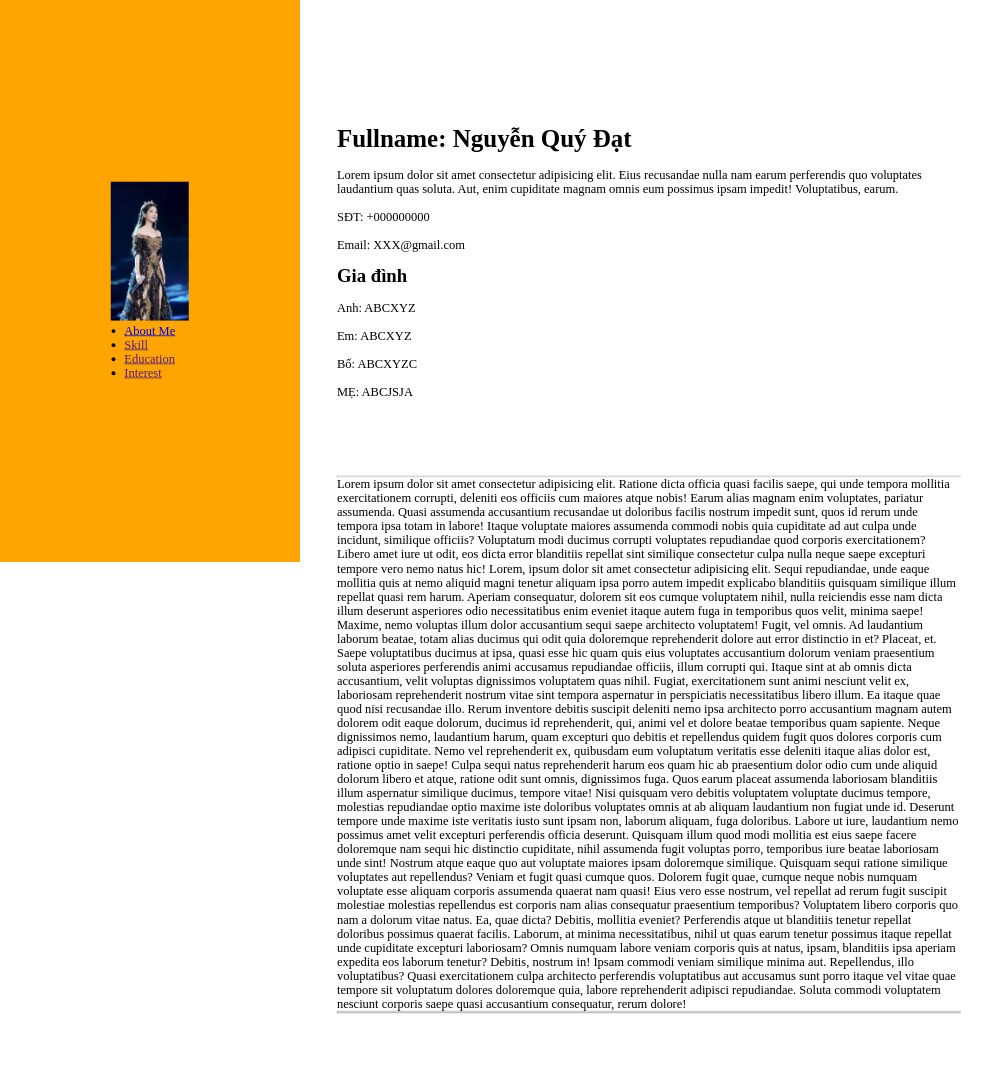
Repository: KinD2704/Web-University
Page: test/index.html
An editor plug-in stored every save of this project. The page is shown before and after the next save, followed by the edit.
The browser window is 1280 px wide. The pictures show the whole page, at 78% of full size.

Above is the page before, as saved 2023-12-01 22:47:15.

### test/index.html
<!DOCTYPE html>
<html lang="en">
    <head>
        <meta charset="UTF-8" />
        <meta name="viewport" content="width=device-width, initial-scale=1.0" />
        <title>Document</title>
        <link rel="stylesheet" href="style.css" />
    </head>
    <body>
        <div class="main">
            <div class="menu">
                <div class="logo">
                    <img
                        src="IU.jpg"
                        width="100"
                        alt="Đây là hình ảnh của tôi"
                    />
                </div>
                <div class="list">
                    <ul>
                        <li>
                            <a href="#ME">About Me</a>
                        </li>
                        <li>
                            <a href="">Skill</a>
                        </li>
                        <li>
                            <a href="">Education</a>
                        </li>
                        <li>
                            <a href="">Interest</a>
                        </li>
                    </ul>
                </div>
            </div>
            <div class="para">
                <div class="aboutme" id="ME">
                    <h1>Fullname: Nguyễn Quý Đạt</h1>
                    <br />
                    <p>
                        Lorem ipsum dolor sit amet consectetur adipisicing elit.
                        Eius recusandae nulla nam earum perferendis quo
                        voluptates laudantium quas soluta. Aut, enim cupiditate
                        magnam omnis eum possimus ipsam impedit! Voluptatibus,
                        earum.
                    </p>
                    <br />
                    <p>SĐT: +000000000</p>
                    <br />
                    <p>Email: XXX@gmail.com</p>
                    <br />
                    <h2>Gia đình</h2>
                    <br />
                    <p>Anh: ABCXYZ</p>
                    <br />
                    <p>Em: ABCXYZ</p>
                    <br />
                    <p>Bố: ABCXYZC</p>
                    <br />
                    <p>MẸ: ABCJSJA</p>
                    <br />
                </div>
                <hr />
                <div class="Skill">
                    Lorem ipsum dolor sit amet consectetur adipisicing elit.
                    Ratione dicta officia quasi facilis saepe, qui unde tempora
                    mollitia exercitationem corrupti, deleniti eos officiis cum
                    maiores atque nobis! Earum alias magnam enim voluptates,
                    pariatur assumenda. Quasi assumenda accusantium recusandae
                    ut doloribus facilis nostrum impedit sunt, quos id rerum
                    unde tempora ipsa totam in labore! Itaque voluptate maiores
                    assumenda commodi nobis quia cupiditate ad aut culpa unde
                    incidunt, similique officiis? Voluptatum modi ducimus
                    corrupti voluptates repudiandae quod corporis
                    exercitationem? Libero amet iure ut odit, eos dicta error
                    blanditiis repellat sint similique consectetur culpa nulla
                    neque saepe excepturi tempore vero nemo natus hic! Lorem,
                    ipsum dolor sit amet consectetur adipisicing elit. Sequi
                    repudiandae, unde eaque mollitia quis at nemo aliquid magni
                    tenetur aliquam ipsa porro autem impedit explicabo
                    blanditiis quisquam similique illum repellat quasi rem
                    harum. Aperiam consequatur, dolorem sit eos cumque
                    voluptatem nihil, nulla reiciendis esse nam dicta illum
                    deserunt asperiores odio necessitatibus enim eveniet itaque
                    autem fuga in temporibus quos velit, minima saepe! Maxime,
                    nemo voluptas illum dolor accusantium sequi saepe architecto
                    voluptatem! Fugit, vel omnis. Ad laudantium laborum beatae,
                    totam alias ducimus qui odit quia doloremque reprehenderit
                    dolore aut error distinctio in et? Placeat, et. Saepe
                    voluptatibus ducimus at ipsa, quasi esse hic quam quis eius
                    voluptates accusantium dolorum veniam praesentium soluta
                    asperiores perferendis animi accusamus repudiandae officiis,
                    illum corrupti qui. Itaque sint at ab omnis dicta
                    accusantium, velit voluptas dignissimos voluptatem quas
                    nihil. Fugiat, exercitationem sunt animi nesciunt velit ex,
                    laboriosam reprehenderit nostrum vitae sint tempora
                    aspernatur in perspiciatis necessitatibus libero illum. Ea
                    itaque quae quod nisi recusandae illo. Rerum inventore
                    debitis suscipit deleniti nemo ipsa architecto porro
                    accusantium magnam autem dolorem odit eaque dolorum, ducimus
                    id reprehenderit, qui, animi vel et dolore beatae temporibus
                    quam sapiente. Neque dignissimos nemo, laudantium harum,
                    quam excepturi quo debitis et repellendus quidem fugit quos
                    dolores corporis cum adipisci cupiditate. Nemo vel
                    reprehenderit ex, quibusdam eum voluptatum veritatis esse
                    deleniti itaque alias dolor est, ratione optio in saepe!
                    Culpa sequi natus reprehenderit harum eos quam hic ab
                    praesentium dolor odio cum unde aliquid dolorum libero et
                    atque, ratione odit sunt omnis, dignissimos fuga. Quos earum
                    placeat assumenda laboriosam blanditiis illum aspernatur
                    similique ducimus, tempore vitae! Nisi quisquam vero debitis
                    voluptatem voluptate ducimus tempore, molestias repudiandae
                    optio maxime iste doloribus voluptates omnis at ab aliquam
                    laudantium non fugiat unde id. Deserunt tempore unde maxime
                    iste veritatis iusto sunt ipsam non, laborum aliquam, fuga
                    doloribus. Labore ut iure, laudantium nemo possimus amet
                    velit excepturi perferendis officia deserunt. Quisquam illum
                    quod modi mollitia est eius saepe facere doloremque nam
                    sequi hic distinctio cupiditate, nihil assumenda fugit
                    voluptas porro, temporibus iure beatae laboriosam unde sint!
                    Nostrum atque eaque quo aut voluptate maiores ipsam
                    doloremque similique. Quisquam sequi ratione similique
                    voluptates aut repellendus? Veniam et fugit quasi cumque
                    quos. Dolorem fugit quae, cumque neque nobis numquam
                    voluptate esse aliquam corporis assumenda quaerat nam quasi!
                    Eius vero esse nostrum, vel repellat ad rerum fugit suscipit
                    molestiae molestias repellendus est corporis nam alias
                    consequatur praesentium temporibus? Voluptatem libero
                    corporis quo nam a dolorum vitae natus. Ea, quae dicta?
                    Debitis, mollitia eveniet? Perferendis atque ut blanditiis
                    tenetur repellat doloribus possimus quaerat facilis.
                    Laborum, at minima necessitatibus, nihil ut quas earum
                    tenetur possimus itaque repellat unde cupiditate excepturi
                    laboriosam? Omnis numquam labore veniam corporis quis at
                    natus, ipsam, blanditiis ipsa aperiam expedita eos laborum
                    tenetur? Debitis, nostrum in! Ipsam commodi veniam similique
                    minima aut. Repellendus, illo voluptatibus? Quasi
                    exercitationem culpa architecto perferendis voluptatibus aut
                    accusamus sunt porro itaque vel vitae quae tempore sit
                    voluptatum dolores doloremque quia, labore reprehenderit
                    adipisci repudiandae. Soluta commodi voluptatem nesciunt
                    corporis saepe quasi accusantium consequatur, rerum dolore!
                </div>
                <hr />
                <div class="Education"></div>
                <hr />
                <div class="Interest"></div>
            </div>
        </div>
    </body>
</html>

### test/style.css
* {
    padding: 0;
    margin: 0;
}
.main {
    display: flex;
}
.main .menu {
    background-color: orange;
    width: 30%;
    display: flex;
    justify-content: center;
    align-items: center;
    flex-direction: column;
    height: 100vh;
    position: fixed;
    top: 0;
    left: 0;
}
.main .para {
    padding: 5rem 3rem;
    margin-left: 30%;
}
.main .para .aboutme {
    padding: 5rem 0;
}

After the next save:
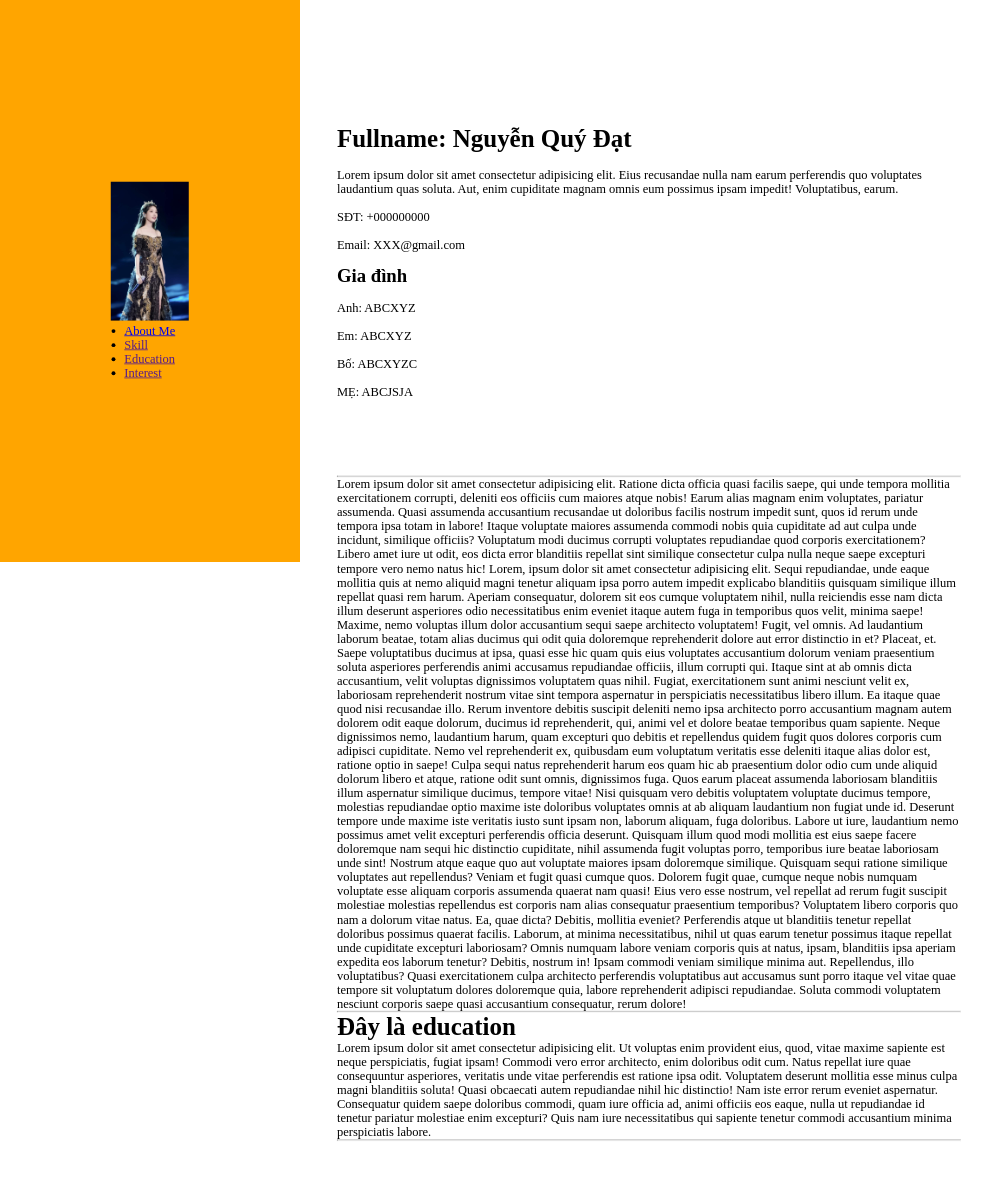
Saved 33 s later.
--- a/test/index.html
+++ b/test/index.html
@@ -142,7 +142,25 @@
                     corporis saepe quasi accusantium consequatur, rerum dolore!
                 </div>
                 <hr />
-                <div class="Education"></div>
+                <div class="Education">
+                    <h1>Đây là education</h1>
+                    <p>
+                        Lorem ipsum dolor sit amet consectetur adipisicing elit.
+                        Ut voluptas enim provident eius, quod, vitae maxime
+                        sapiente est neque perspiciatis, fugiat ipsam! Commodi
+                        vero error architecto, enim doloribus odit cum. Natus
+                        repellat iure quae consequuntur asperiores, veritatis
+                        unde vitae perferendis est ratione ipsa odit. Voluptatem
+                        deserunt mollitia esse minus culpa magni blanditiis
+                        soluta! Quasi obcaecati autem repudiandae nihil hic
+                        distinctio! Nam iste error rerum eveniet aspernatur.
+                        Consequatur quidem saepe doloribus commodi, quam iure
+                        officia ad, animi officiis eos eaque, nulla ut
+                        repudiandae id tenetur pariatur molestiae enim
+                        excepturi? Quis nam iure necessitatibus qui sapiente
+                        tenetur commodi accusantium minima perspiciatis labore.
+                    </p>
+                </div>
                 <hr />
                 <div class="Interest"></div>
             </div>
